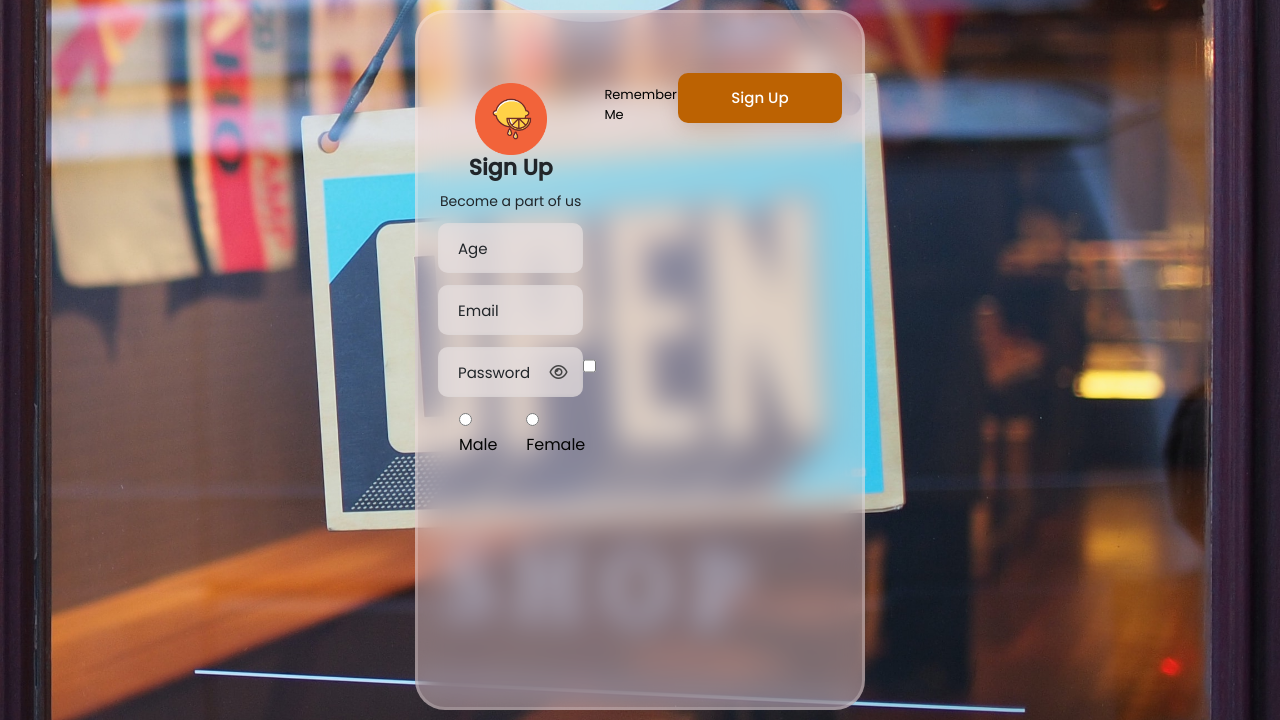
Repository: MauDucKG/BigFarm
Page: http://localhost/BigFarm/views/main/login/index.php
These files come from the project's save history. The page is drawn as it stood at one moment and after the next save; the edit follows.
The browser window is 1280 px wide. The pictures show the whole page.
Some web libraries are served in a nearby version. The page is run by PHP 8.4 with error messages shown; the project is at /var/www/html/.

Above is the page before, as saved 2023-04-26 22:51:30.

### views/main/login/index.php
<!DOCTYPE html>
<html lang="en">

<head>
	<meta charset="utf-8">
	<meta name="viewport" content="width=device-width, initial-scale=1">
	<title>Login for Admin</title>
	<link href="https://cdn.jsdelivr.net/npm/bootstrap@5.2.2/dist/css/bootstrap.min.css" rel="stylesheet" integrity="sha384-Zenh87qX5JnK2Jl0vWa8Ck2rdkQ2Bzep5IDxbcnCeuOxjzrPF/et3URy9Bv1WTRi" crossorigin="anonymous">
	<link rel="stylesheet" href="assets/stylesheets/login.css">
    <script src="https://kit.fontawesome.com/4ccf3877a2.js" crossorigin="anonymous"></script>
</head>

<body>
<div class="wrapper">
        <div class="box">
            <div class="register-box" id="regUser">
                <div class="top-header">
                    <img src="assets/images/team_logo.png" alt="" width="72" height="72">
                    <h3>Sign Up</h3>
                    <small>Become a part of us</small>
                </div>
                    <div class="input-field">
                        <input type="text" class="input-box" id="age" name="age" required>
                        <label for="regUser">Age</label>
                    </div>
                    <div class="input-field">
                        <input type="text" class="input-box" id="email" name="email" required>
                        <label for="regUser">Email</label>
                    </div>
                    <div class="input-field">
                        <input type="password" class="input-box" id="pass" name="pass" required>
                        <label for="regPassword">Password</label>
                         <div class="eye-area">
                                <div class="eye-box" onclick="myRegPassword()">
                                    <i class="fa-regular fa-eye" id="eye-2"></i>
                                    <i class="fa-regular fa-eye-slash" id="eye-slash-2"></i>
                                </div>
                         </div>
                    </div>
                    <div class="gender-box">
                        <div class="gender-container">
                            <input type="radio" class="gender-choice" name="gender" value="1" required>
                            <label>Male</label>
                        </div>
                        <div class="gender-container">
                            <input type="radio" class="gender-choice" name="gender" value="0" required>
                            <label>Female</label>
                        </div>
                    </div>
				</div>
                    <div class="remember">
                        <input type="checkbox" id="formCheck-2" class="check">
                        <label for="formCheck-2">Remember Me</label>
                    </div>
                    <div class="input-field">
                        <input type="submit" class="input-submit" value="Sign Up">
                    </div>
                </div>
          </div>
        </form>
        </div>
    </div>
    <script>
        function myRegPassword(){
            var d = document.getElementById('regPassword');
            var b = document.getElementById("eye-2");
            var c = document.getElementById("eye-slash-2");
            if(d.type === "password"){
                d.type = "text"
                b.style.opacity = "0";
                c.style.opacity = "1";
            }else{
                d.type = "password"
                b.style.opacity = "1";
                c.style.opacity = "0";
            }
        }
    </script>
</body>

</html>

### assets/stylesheets/login.css
@import url('https://fonts.googleapis.com/css2?family=Poppins:wght@400;500&display=swap');
body{
    background: url("/BigFarm/assets/images/mike-petrucci-c9FQyqIECds-unsplash.jpg");
    background-size: cover;
    background-position: center;
    background-repeat: no-repeat;
    background-attachment: fixed;
}
*{
    margin: 0;
    padding: 0;
    box-sizing: border-box;
    font-family: 'Poppins',sans-serif;
}
.wrapper{
    display: flex;
    justify-content: center;
    align-items: center;
    min-height: 100vh;
    width: 100%;
}
.box{
    display: flex;
    flex-direction: row;
    position: relative;
    padding: 60px 20px 30px 20px;
    height: 700px;
    width: 450px;
    background-color: rgba(255, 220, 220, 0.4);
    border-radius: 30px;
    -webkit-backdrop-filter: blur(15px);
    backdrop-filter: blur(15px);
    border: 3px solid rgba(255, 255, 255, 0.2);
    overflow: hidden;
}
.box-register{
    position: absolute;
    width: 85%;
    right: -350px;
    transition: .5s ease-in-out;
}
.top-header{
    text-align: center;
    margin: 10px auto;
}
.top-header h3{
    font-size: 22px;
    font-weight: 600;
    margin-bottom: 8px;
}
.input-group{
    width: 100%;
}
.input-field{
    width: 100%;
    margin-bottom: 12px;
    position: relative;
}
.input-box{
    width: 100%;
    height: 50px;
    font-size: 15px;
    color: #040404;
    border: none;
    border-radius: 10px;
    padding: 7px 45px 0 20px;
    background: rgba(224, 223, 223, 0.6);
    -webkit-backdrop-filter: blur(2px);
    backdrop-filter: blur(2px);
    outline: none;
}
.input-field label{
    position: absolute;
    left: 20px;
    top: 15px;
    font-size: 15px;
    transition: .3s ease-in-out;
}
.input-box:focus ~ label,.input-box:valid ~ label{
    top: 2px;
    font-size: 10px;
    color: #c12828;
    font-weight: 500;
}
.eye-area{
    position: absolute;
    top: 25px;
    right: 25px;
}
.eye-box{
    display: flex;
    justify-content: center;
    align-items: center;
    position: relative;
}
i{
    position: absolute;
    color: #444444;
    cursor: pointer;
}
#eye,#eye-2{
    opacity: 1;
}
#eye-slash,#eye-slash-2{
    opacity: 0;
}
.remember{
    display: flex;
    font-size: 13px;
    margin: 12px 0 30px 0;
    color: #000;
}
.check{
    margin-right: 8px;
    width: 14px;
}
.input-submit{
    width: 100%;
    height: 50px;
    font-size: 15px;
    font-weight: 500;
    border: none;
    border-radius: 10px;
    background: #bc6202;
    color: #fff;
    box-shadow: 0px 4px 20px rgba(62, 9, 9, 0.145);
    cursor: pointer;
    transition: .4s;
}
.input-submit:hover{
    background: #db3e00;
    box-shadow: 0px 4px 20px rgba(62, 9, 9, 0.32);
}
#btn{
    position: absolute;
    bottom: 0;
    left: 0;
    width: 145px;
    height: 50px;
    background: #cccccd;
    border-radius: 10px;
    box-shadow: 2px 0px 12px rgba(0, 0, 0, 0.1);
    transition: .5s ease-in-out;
}
.name-box{
    display: flex;
    column-gap: 10px;
}
.name-box .input-box{
    width: 100%;
}
.name-box .input-field{
    width: 100%;
}

.gender-box{
    display: flex;
    column-gap: 10px;
    justify-content: space-evenly;
    margin-top: 10px;
    color: #040404;
}
.gender-container{
    width: 25%;
}

After the next save:
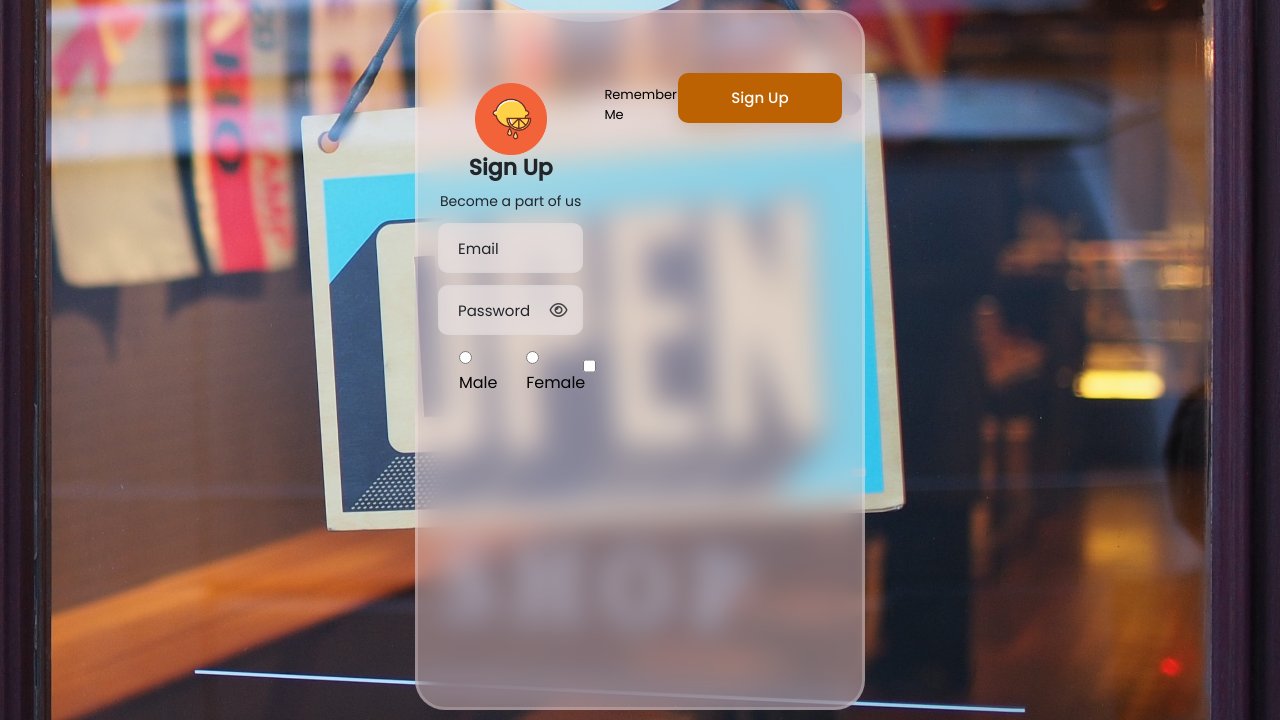
Saved 4 s later.
--- a/views/main/login/index.php
+++ b/views/main/login/index.php
@@ -19,10 +19,6 @@
                     <h3>Sign Up</h3>
                     <small>Become a part of us</small>
                 </div>
-                    <div class="input-field">
-                        <input type="text" class="input-box" id="age" name="age" required>
-                        <label for="regUser">Age</label>
-                    </div>
                     <div class="input-field">
                         <input type="text" class="input-box" id="email" name="email" required>
                         <label for="regUser">Email</label>
